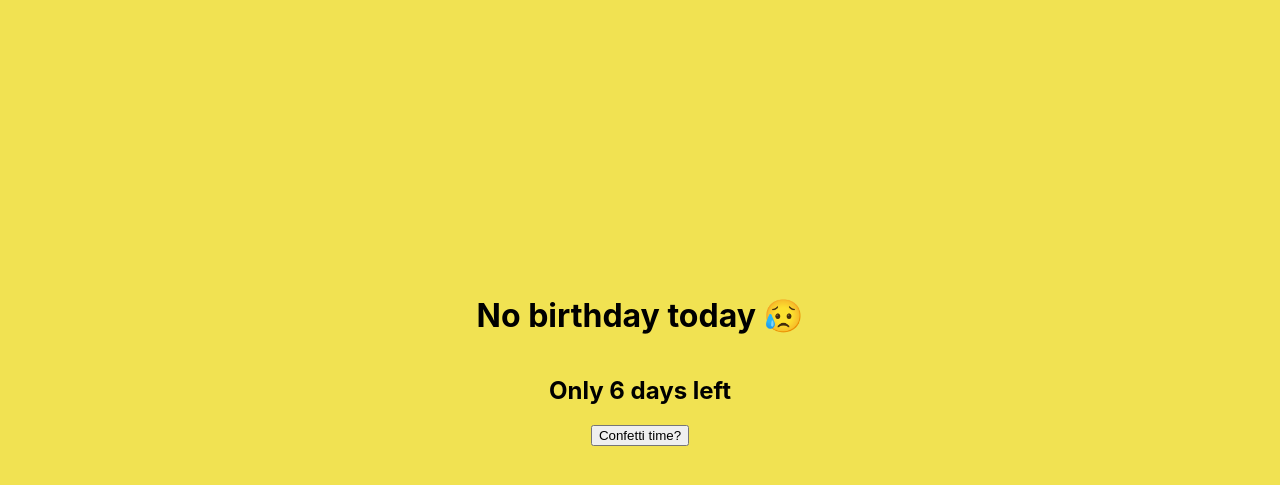
Repository: David-Waite/HannahsBirthdayWebsite
Page: /
The author's editor kept a copy of each file at every save. The page is drawn from the files as they stood at one save, then again after the next save.
The browser window is 1280 px wide. The pictures show the whole page.
The project was rebuilt for these pictures with package versions that can differ from the ones it lists, and the page was loaded fresh each time.

Above is the page before, as saved 2023-03-30 18:15:43.

After the next save:
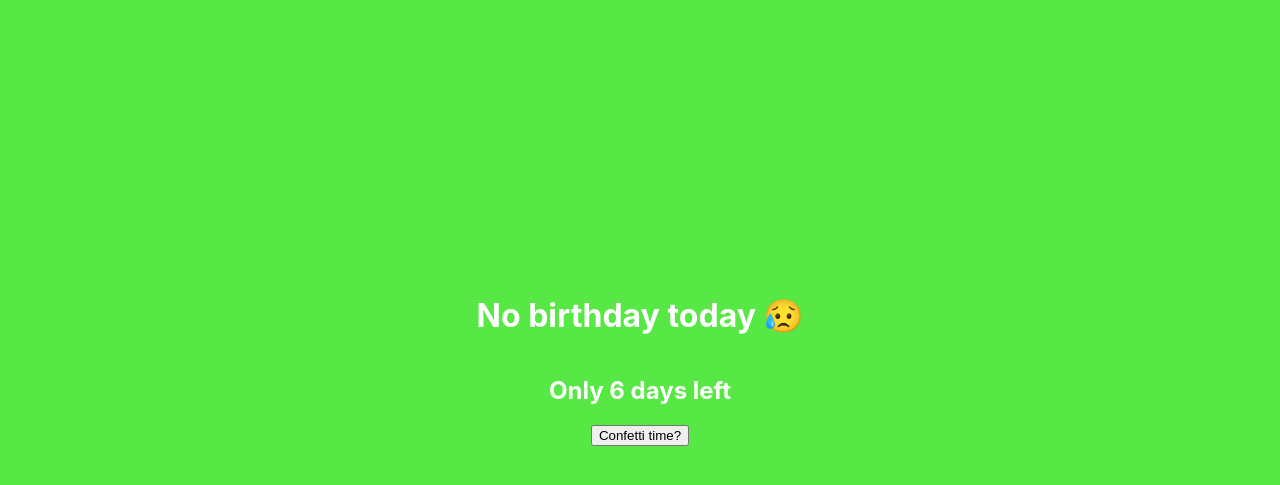
Saved 15 s later.
--- a/src/index.css
+++ b/src/index.css
@@ -14,5 +14,6 @@ body {
   flex-direction: column;
   align-items: center;
   justify-content: center;
-  background-color: rgb(241, 226, 82);
+  background-color: rgb(88, 232, 69);
+  color: white;
 }

After the 2 saves that followed:
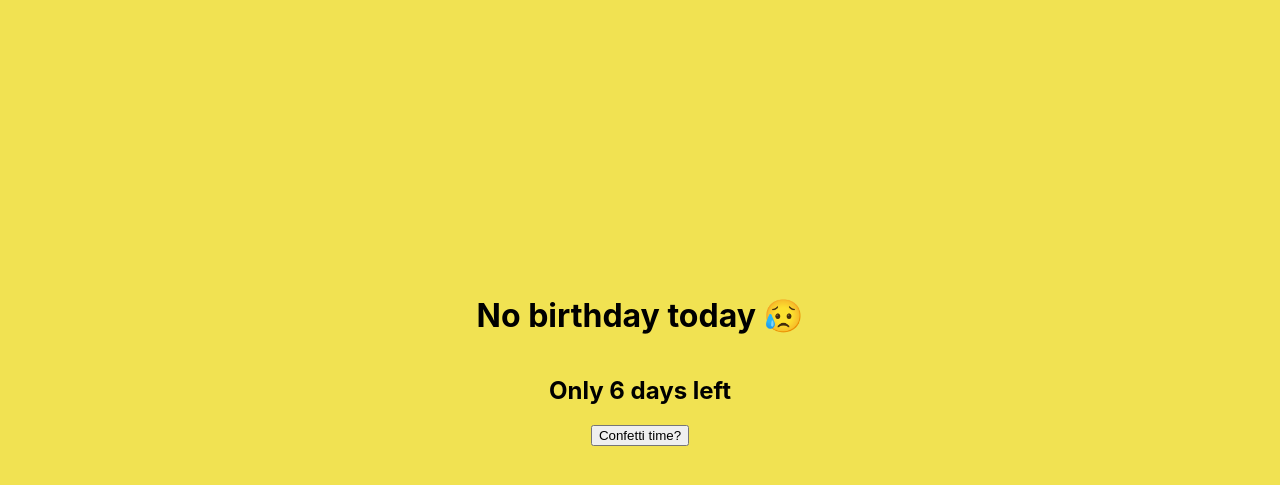
The 2 saves are shown as one change because they came seconds apart.
The last was saved 11 s later.
--- a/src/index.css
+++ b/src/index.css
@@ -14,6 +14,5 @@ body {
   flex-direction: column;
   align-items: center;
   justify-content: center;
-  background-color: rgb(88, 232, 69);
-  color: white;
+  background-color: rgb(241, 226, 82);
 }
